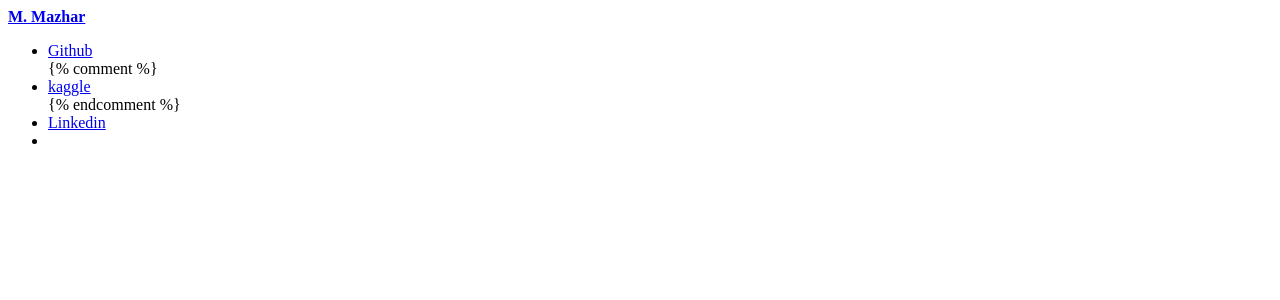
Repository: mm-mazhar/django-portfolio-website
Page: templates/partials/header.html
These files come from the project's save history. The page is drawn as it stood at one moment and after the next save; the edit follows.
The browser window is 1280 px wide. The pictures show the whole page.

Above is the page before, as saved 2025-07-17 20:17:29.

After the next save:
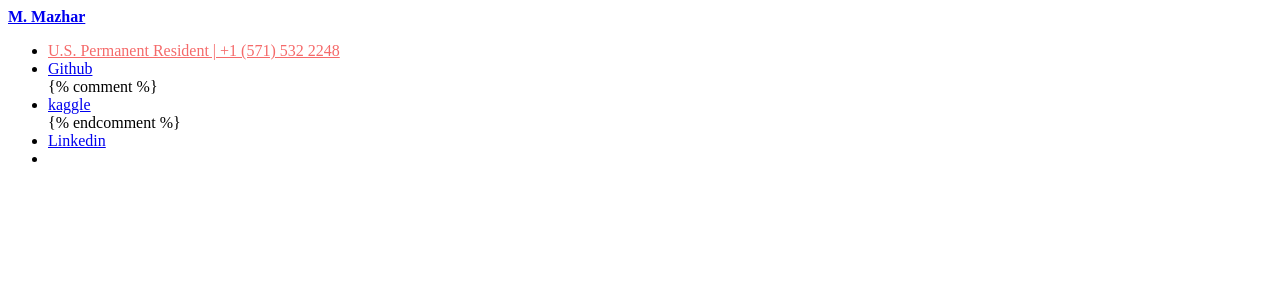
Saved 25 s later.
--- a/templates/partials/header.html
+++ b/templates/partials/header.html
@@ -2,7 +2,7 @@
     <a href="/" class="logo"><strong>M. Mazhar</strong></a>
     <ul class="icons">
         <!-- <li><a href="#" class="icon brands fa-facebook-f"><span class="label">Facebook</span></a></li> -->
-
+         <li><a href="tel:+15715322248" style="color: #f56a6a;">U.S. Permanent Resident | +1 (571) 532 2248</a></li>
         <li><a href="https://github.com/mm-mazhar" target="_blank" class="icon brands fa-github"><span class="label">Github</span></a></li>
         {% comment %} <li><a href="https://www.kaggle.com/mazhar01" target="_blank" class="icon brands fa-kaggle"><span class="label">kaggle</span></a></li> {% endcomment %}
         <li><a href="https://www.linkedin.com/in/m-mazhar-121133269/" target="_blank" class="icon brands fa-linkedin"><span class="label">Linkedin</span></a></li>
